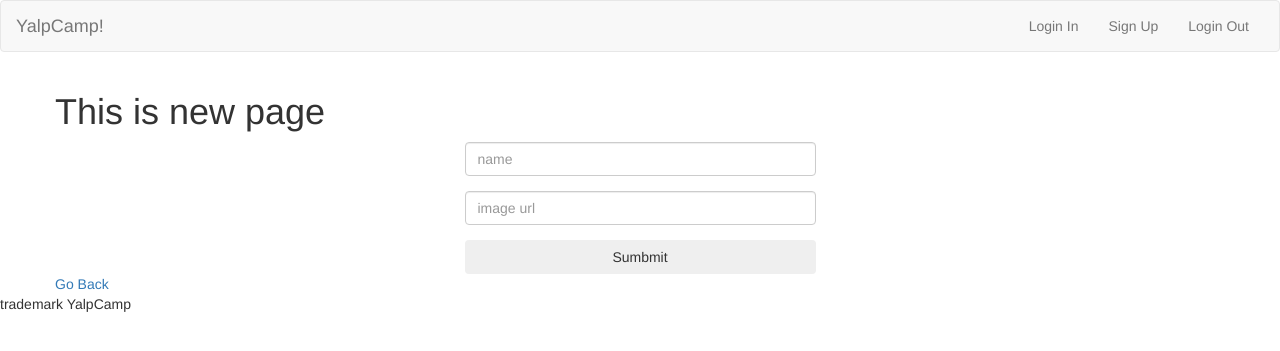
Repository: yli166/the-web-developer-bootcamp
Page: http://localhost/campgrounds/new
The author's editor kept a record of every edit. The page is drawn from the files as they stood at one moment, then again after the next edit.
The browser window is 1280 px wide. The pictures show the whole page.
The page is served by the project's Node server (yalpcamp/v1/app.js).

Above is the page before.

### nodejs/workspace/yalpcamp/v1/views/new.ejs
<% include partials/header %>
<div class='container'>
    <div class='row'>
        <h1> This is new page</h1>
        <div style="width:30%; margin:0 auto;">
        <form action= '/campgrounds' method= 'POST'>
            <div class='form-group'>
            <input class='form-control' type='text' name= 'name' placeholder='name'>
            </div>
            <div class='form-group'>
            <input class='form-control' type='text' name= 'image' placeholder='image url'>
            </div>
            <div class='form-group'>

            </div>


            <button class='btn btn-large btn-block'>Sumbmit</button>
        </form>
        </div>
        <a href='/campgrounds'>Go Back</a>

    </div>
</div>
<% include partials/footer %>

### nodejs/workspace/yalpcamp/v1/views/partials/header.ejs
<!DOCTYPE html>
<html>
<head>
	<title>YalpCamp</title>
	<link rel='stylesheet' href= 'https://maxcdn.bootstrapcdn.com/bootstrap/3.3.7/css/bootstrap.min.css'>
</head>
<body>
<nav class='navbar navbar-default'>
    <div class='container-fluid'>
        <div class='navbar-header'>
            <a class='navbar-brand' href='/'>YalpCamp!</a>
        </div>
        <div class='collapse navbar-collapse'>
            <ul class='nav navbar-nav navbar-right'>
                <li><a href='/'>Login In</a></li>
                <li><a href='/'>Sign Up</a></li>
                <li><a href='/'>Login Out</a></li>
            </ul>
        </div>
    </div>
</nav>

### nodejs/workspace/yalpcamp/v1/views/partials/footer.ejs
<p>trademark YalpCamp</p>
</body>
</html>

### nodejs/workspace/yalpcamp/v1/app.js
var express = require('express');
var app = express();
var bodyPaser = require("body-parser");
// var mongoose = require('mongoose')


app.use(bodyPaser.urlencoded({extended: true}));
app.set('view engine','ejs')
app.get('/',function(req,res){
    res.render('landing')
});
var campgrounds = [
    {name:'wyt bill',image:'https://pixabay.com/get/ea36b70928f21c22d2524518b7444795ea76e5d004b0144394f2c17aa6edb2_340.jpg'},
    {name:'yifan li',image:'https://pixabay.com/get/eb3db8072cf2023ed1584d05fb1d4e97e07ee3d21cac104497f1c379a4ecb5bf_340.jpg'},
    {name:'bitong wang',image:'https://farm8.staticflickr.com/7682/17149736522_54ca6f8c76.jpg'},
    {name:'wyt bill',image:'https://pixabay.com/get/ea36b70928f21c22d2524518b7444795ea76e5d004b0144394f2c17aa6edb2_340.jpg'},
    {name:'yifan li',image:'https://pixabay.com/get/eb3db8072cf2023ed1584d05fb1d4e97e07ee3d21cac104497f1c379a4ecb5bf_340.jpg'},
    {name:'bitong wang',image:'https://farm8.staticflickr.com/7682/17149736522_54ca6f8c76.jpg'},
    {name:'wyt bill',image:'https://pixabay.com/get/ea36b70928f21c22d2524518b7444795ea76e5d004b0144394f2c17aa6edb2_340.jpg'},
    {name:'yifan li',image:'https://pixabay.com/get/eb3db8072cf2023ed1584d05fb1d4e97e07ee3d21cac104497f1c379a4ecb5bf_340.jpg'},
    {name:'bitong wang',image:'https://farm8.staticflickr.com/7682/17149736522_54ca6f8c76.jpg'},
    ]

app.get('/campgrounds',function(req,res){
    res.render('campgrounds',{campgrounds:campgrounds})
})

app.post('/campgrounds',function(req,res){
    var name= req.body.name;
    var image = req.body.image;
    var newCampground = {name: name, image: image}
    campgrounds.push(newCampground)

})

app.get('/campgrounds/new',function(req, res) {
    res.render('new')
})
// app.listen(process.env.PORT,process.env.IP,function(){
//     console.log('yelpcamp has started!')
// })
app.listen(3000)

After the next edit:
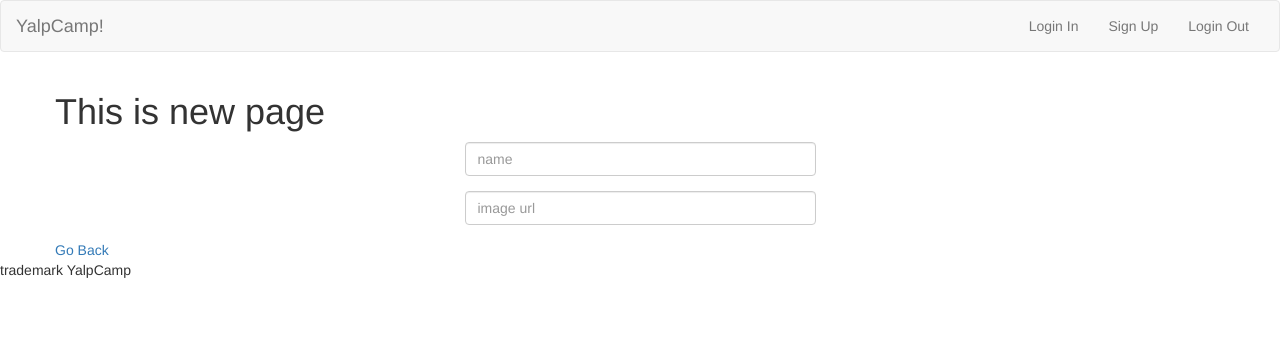
The edit:
--- a/nodejs/workspace/yalpcamp/v1/views/new.ejs
+++ b/nodejs/workspace/yalpcamp/v1/views/new.ejs
@@ -13,9 +13,6 @@
             <div class='form-group'>
 
             </div>
-
-
-            <button class='btn btn-large btn-block'>Sumbmit</button>
         </form>
         </div>
         <a href='/campgrounds'>Go Back</a>
